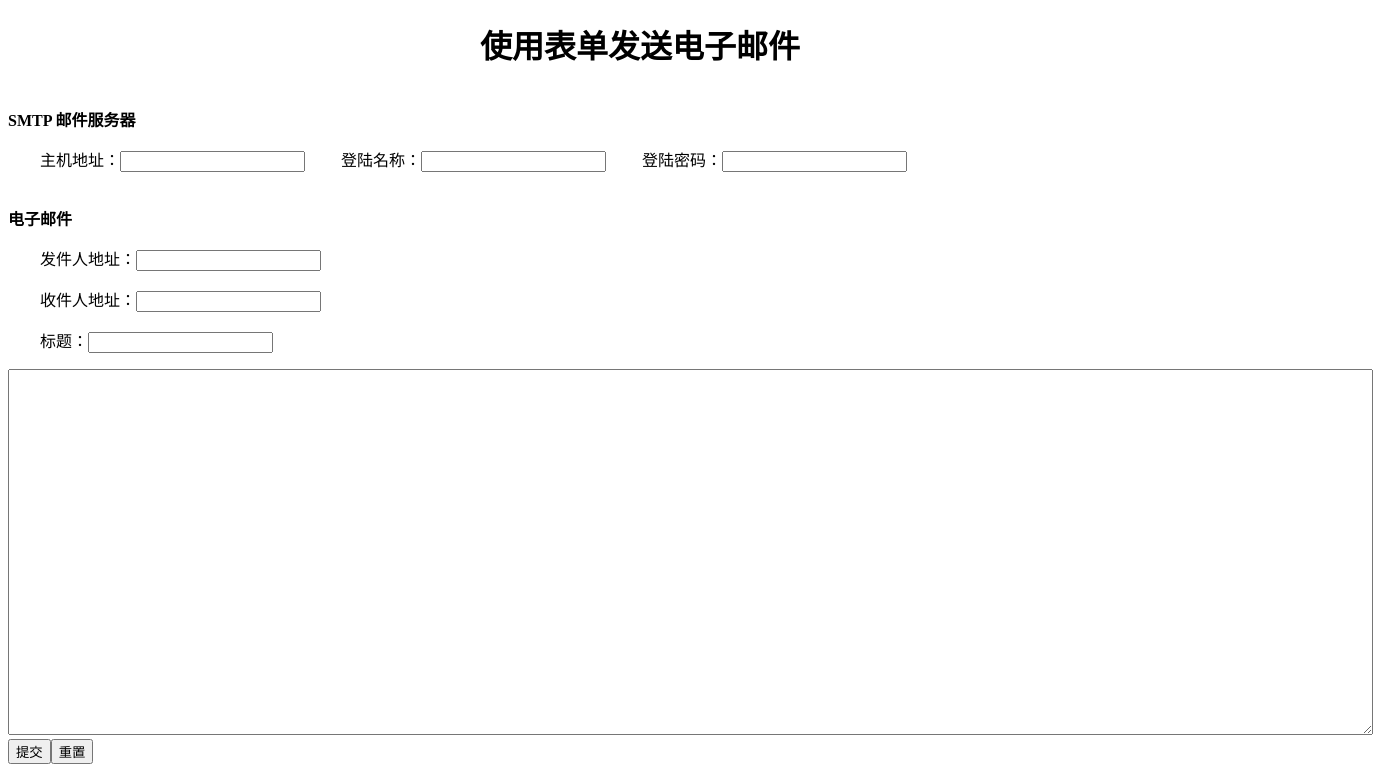
Repository: eterinfi/java
Page: jee/JSPDemo/WebContent/sendemail.html
The author's editor kept a copy of each file at every save. The page is drawn from the files as they stood at one save, then again after the next save.
The browser window is 1280 px wide. The page is 1378 px wide, so the pictures cover 1378 px, including what lies to the right of the window. The pictures show the whole page.

Above is the page before, as saved 2016-11-15 10:54:23.

### jee/JSPDemo/WebContent/sendemail.html
<!DOCTYPE html>
<html>
<head>
  <meta charset="UTF-8">
  <title>使用表单发送电子邮件</title>
</head>
<body>
  <h1 align="center">使用表单发送电子邮件</h1>
  <br />
  <form action="SendSubmittedEmail.jsp" method="POST">
    <label><strong>SMTP 邮件服务器</strong></label>
    <p>
      <span>　　主机地址：<input type="text" name="host" /></span>
      <span>　　登陆名称：<input type="text" name="user" /></span>
      <span>　　登陆密码：<input type="password" name="password" /></span>
    </p>
    <br />
    <label><strong>电子邮件</strong></label>
    <p>　　发件人地址：<input type="text" name="from" /></p>
    <p>　　收件人地址：<input type="text" name="to" /></p>
    <p>　　标题：<input type="text" name="subject" /></p>
    <textarea name="body" cols="168" rows="24">
    </textarea>
    <button type="submit">提交</button><button type="reset">重置</button>
  </form>
</body>
</html>

After the next save:
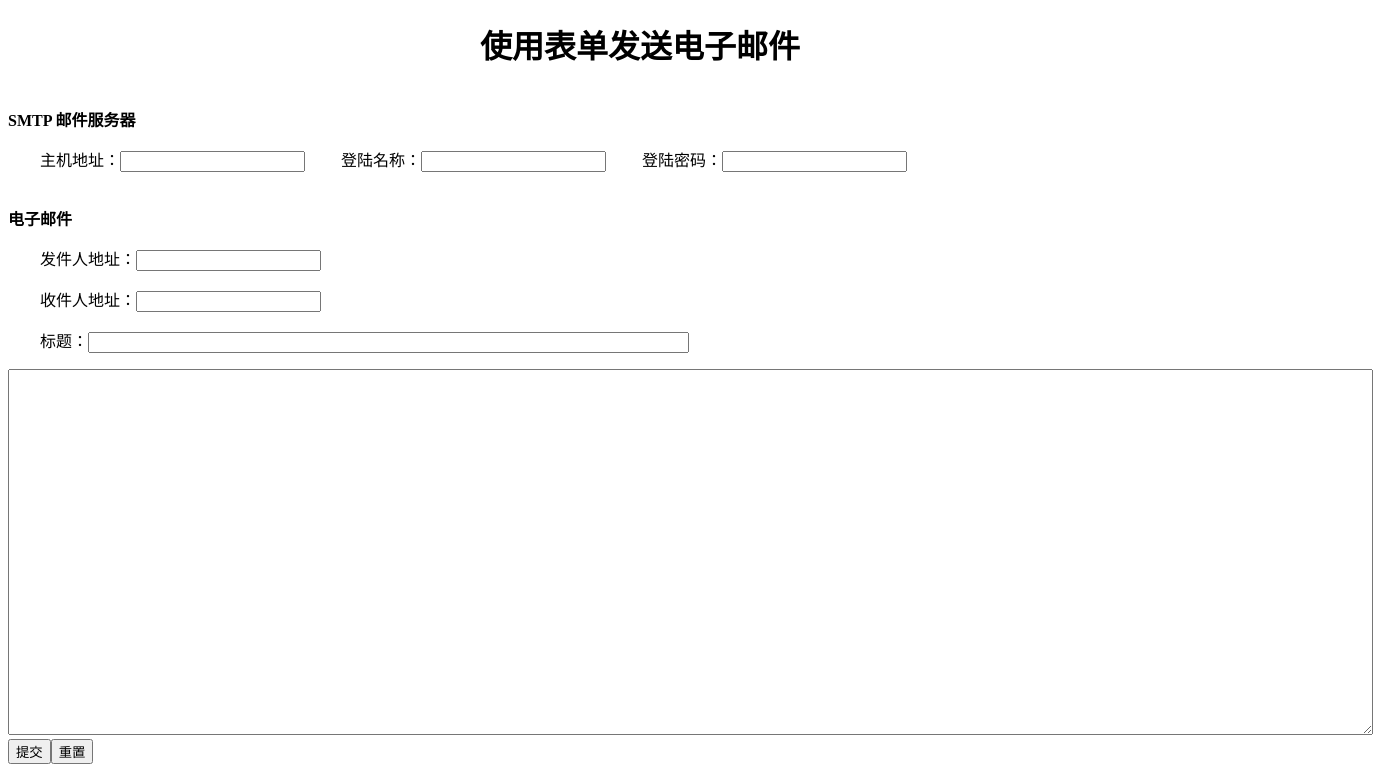
Saved 31 s later.
--- a/jee/JSPDemo/WebContent/sendemail.html
+++ b/jee/JSPDemo/WebContent/sendemail.html
@@ -18,7 +18,7 @@
     <label><strong>电子邮件</strong></label>
     <p>　　发件人地址：<input type="text" name="from" /></p>
     <p>　　收件人地址：<input type="text" name="to" /></p>
-    <p>　　标题：<input type="text" name="subject" /></p>
+    <p>　　标题：<input type="text" size="72" name="subject" /></p>
     <textarea name="body" cols="168" rows="24">
     </textarea>
     <button type="submit">提交</button><button type="reset">重置</button>
